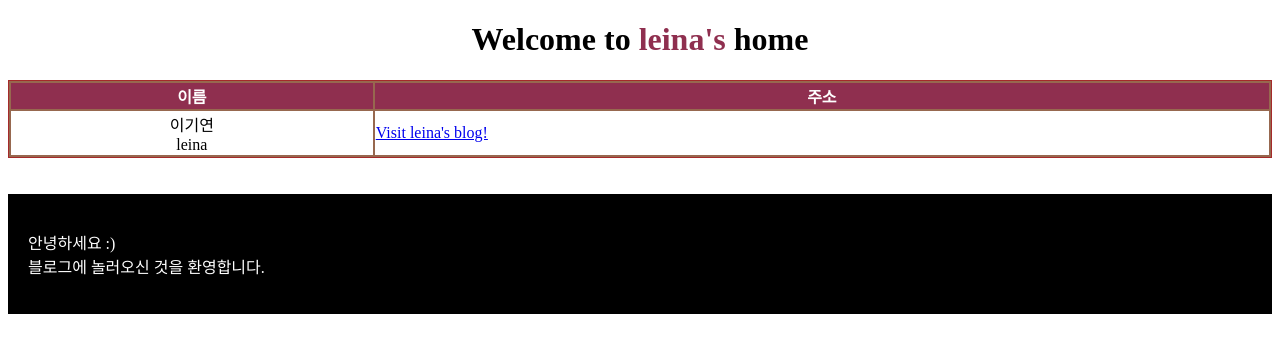
Repository: trapezer84/JSP
Page: http://localhost/ACA_Assignment0203/
These files come from the project's save history. The page is drawn as it stood at one moment and after the next save; the edit follows.
The browser window is 1280 px wide. The pictures show the whole page.
The page is served by Tomcat 9. Other server files are loaded and not shown.

Above is the page before, as saved 2016-02-03 11:00:15.

### ACA_Assignment0203/WebContent/index.jsp
<%@ page language="java" contentType="text/html; charset=UTF-8"
    pageEncoding="UTF-8"%>
<!DOCTYPE html PUBLIC "-//W3C//DTD HTML 4.01 Transitional//EN" "http://www.w3.org/TR/html4/loose.dtd">
<html>
<head>
<meta http-equiv="Content-Type" content="text/html; charset=UTF-8">
<title>welcome to leina'a world! </title>
<style>
	table.tb1 {
		width: 100%;
		height: 100;
		background-color: #97684F;
		border: 1px solid brown;
		padding: 15;
		border-collapse: 15;
	}
	table.tb1 th {
		background-color: #8F2F4F;
	}
	table.tb1 td {
		background-color: white;
	}
</style>
</head>
<body>
	<h1 align="center">Welcome to <span style="color:#8F2F4F">leina's </span>home</h1>

	<table class="tb1" >
		<tr>
			<th><span style="color:white">이름</span></th>
			<th><span style="color:white">주소</span></th>
		</tr>

		<tr>
			<td align="center">이기연 <br />leina </td>
			<td><a href="http://kiyeonlee.com">Visit leina's blog!</a></td>
		</tr>
	</table>

	<br/>
	<br/>

	<div style="background-color:black; color:white; padding:20px;">
		<p> 안녕하세요 :) <br />
			블로그에 놀러오신 것을 환영합니다. <br />
		</p>
	</div>





</body>
</html>

After the next save:
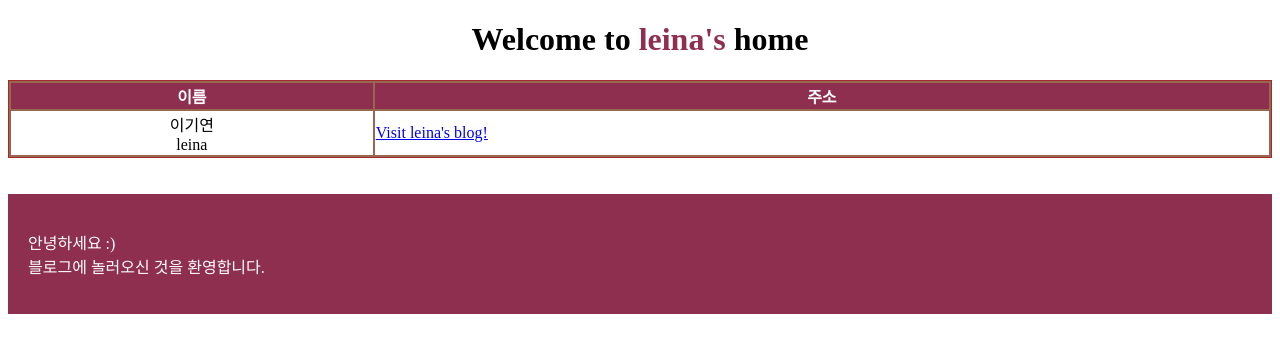
Saved 17 s later.
--- a/ACA_Assignment0203/WebContent/index.jsp
+++ b/ACA_Assignment0203/WebContent/index.jsp
@@ -40,7 +40,7 @@
 	<br/>
 	<br/>
 
-	<div style="background-color:black; color:white; padding:20px;">
+	<div style="background-color:#8F2F4F; color:white; padding:20px;">
 		<p> 안녕하세요 :) <br />
 			블로그에 놀러오신 것을 환영합니다. <br />
 		</p>
